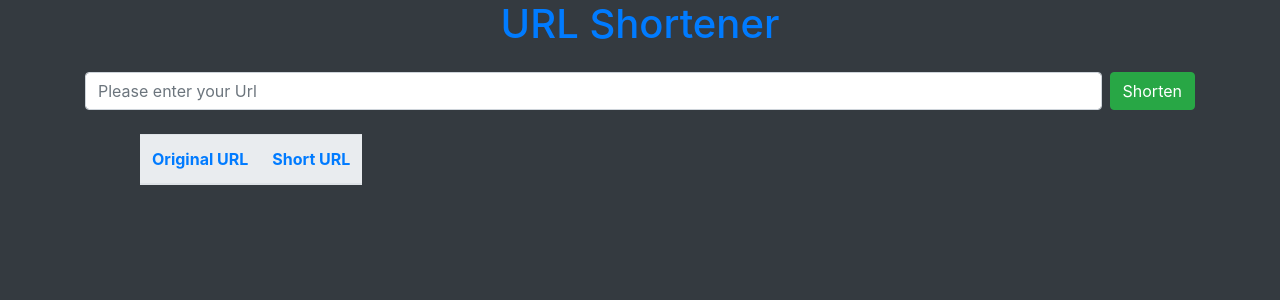
Repository: Art101-ui/Url-shorterner
Page: http://localhost/
An editor plug-in stored every save of this project. The page is shown before and after the next save, followed by the edit.
The browser window is 1280 px wide. The pictures show the whole page.
The page is served by the project's Node server (server.js). Other server files are loaded and not shown. Queries for data that is not in the repository find no rows.

Above is the page before, as saved 2022-02-24 14:55:07.

### views/index.ejs
<!DOCTYPE html>
<html lang="en">
  <head>
    <meta charset="UTF-8" />
    <meta name="viewport" content="width=device-width, initial-scale=1.0" />
    <meta http-equiv="X-UA-Compatible" content="ie=edge" />
    <link
      rel="stylesheet"
      href="https://stackpath.bootstrapcdn.com/bootstrap/4.4.1/css/bootstrap.min.css"
      integrity="sha384-Vkoo8x4CGsO3+Hhxv8T/Q5PaXtkKtu6ug5TOeNV6gBiFeWPGFN9MuhOf23Q9Ifjh"
      crossorigin="anonymous"
    />
    <title>Document</title>
    <style>
      .contain {
        max-width: 1000px;
        margin: auto;
      }
    </style>
  </head>
  <body class="bg-dark">
    <div class="container">
      <h1 class="text-center text-primary">URL Shortener</h1>
      <form action="/shortUrls" method="POST" class="my-4 form-inline">
        <label for="fullUrl" class="sr-only">Url</label>
        <input
          required
          placeholder="Please enter your Url"
          type="url"
          name="fullUrl"
          id="fullUrl"
          class="form-control col mr-2"
        />
        <button class="btn btn-success" type="submit">Shorten</button>
      </form>

      <div class="contain">
        <table class="table text-center table-striped table-responsive">
          <thead class="thead-light">
            <tr>
              <th class="text-primary">Original URL</th>
              <th class="text-primary">Short URL</th>
            </tr>
          </thead>
          <tbody class="thead-light">
            <% shortUrls.forEach(shortUrl => { %>
            <tr>
              <td><a href="<%= shortUrl.full %>"><%= shortUrl.full %></a></td>
              <td><a href="<%= shortUrl.short %>"><%= shortUrl.short %></a></td>
            </tr>
            <% }) %>
          </tbody>
        </table>
      </div>
    </div>
  </body>
</html>

### server.js
const express = require('express');
const mongoose = require('mongoose');
const connectDB = require('./config/db');
const ShortUrl = require('./models/shortUrl');
const app = express();

// mongoose.connect('mongodb://0.0.0.0:27017/urlShortener', {
//   useNewUrlParser: true,
//   useUnifiedTopology: true,
// });

connectDB();

app.set('view engine', 'ejs');
app.use(express.urlencoded({ extended: false }));

app.get('/', async (req, res) => {
  const shortUrls = await ShortUrl.find();
  res.render('index', { shortUrls: shortUrls });
});

app.post('/shortUrls', async (req, res) => {
  await ShortUrl.create({ full: req.body.fullUrl });

  res.redirect('/');
});

app.get('/:shortUrl', async (req, res) => {
  const shortUrl = await ShortUrl.findOne({ short: req.params.shortUrl });
  if (shortUrl == null) return res.sendStatus(404);

  shortUrl.clicks++;
  shortUrl.save();

  res.redirect(shortUrl.full);
});

const PORT = process.env.PORT || 3300;

app.listen(PORT, () => console.log(`Server started on port ${PORT}`));

After the next save:
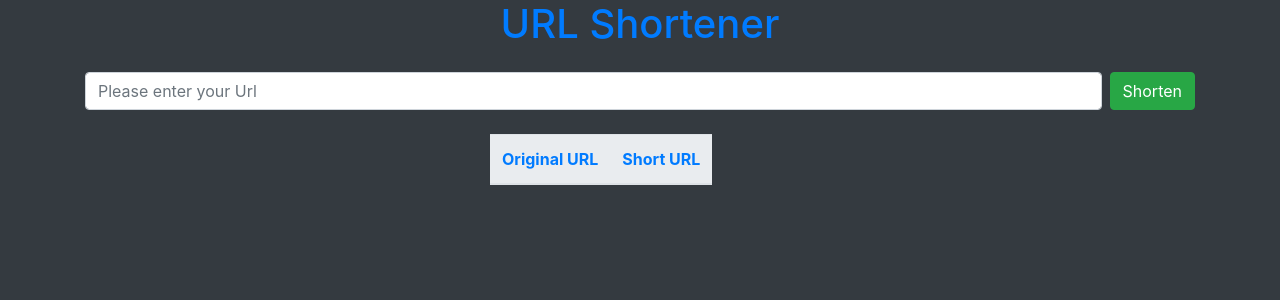
Saved 27 s later.
--- a/views/index.ejs
+++ b/views/index.ejs
@@ -13,7 +13,7 @@
     <title>Document</title>
     <style>
       .contain {
-        max-width: 1000px;
+        max-width: 300px;
         margin: auto;
       }
     </style>
